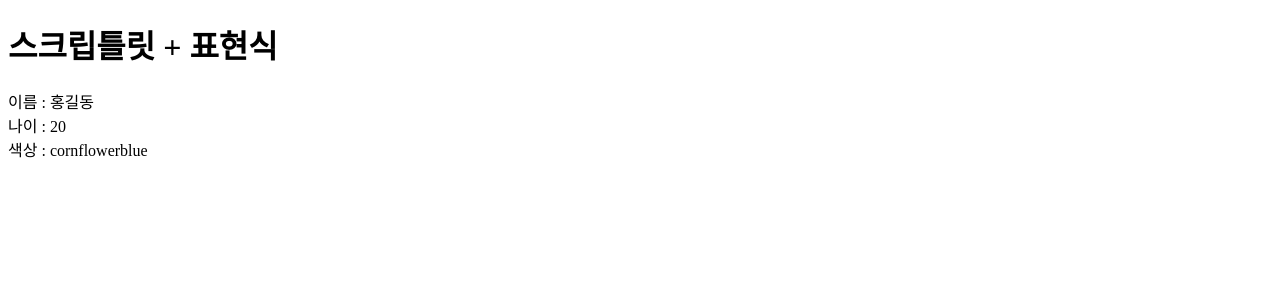
Repository: camicomi/Study_Server
Page: http://localhost/JSPTest/ex06_script.jsp
The author's editor kept a copy of each file at every save. The page is drawn from the files as they stood at one save, then again after the next save.
The browser window is 1280 px wide. The pictures show the whole page.
The page is served by Tomcat 9.

Above is the page before, as saved 2024-04-01 06:45:24.

### JSPTest/src/main/webapp/ex06_script.jsp
<%@ page language="java" contentType="text/html; charset=UTF-8"
    pageEncoding="UTF-8"%>
    	<%

		// jsp 는 출력과 관련되어 있지 않으면 십중팔구 위에 적음
		// Connection conn;
		// PreparedStatement stat
		// ResultSet rs;
	 	// rs.getString("name")

	 	String name = "홍길동";
	 	int age = 20;
	 	String color = "cornflowerblue";

	%>

<!DOCTYPE html>
<html>
<head>
<meta charset="UTF-8">
<title>Insert title here</title>
</head>
<body>
	<!--  ex06_script.jsp -->
	<%-- jsp 주석 --%>
	<%-- <% int a = 10; %>  --%>


	<h1>스크립틀릿 + 표현식</h1>

	<div> 이름 : <%= name %></div>
	<div> 나이 : <%= age %></div>
	<div> 색상 : <%= color %></div>

</body>
</html>

After the next save:
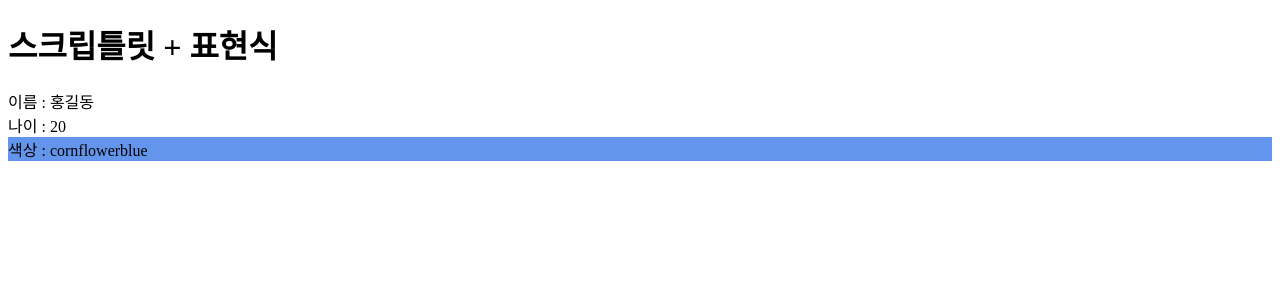
Saved 49 s later.
--- a/JSPTest/src/main/webapp/ex06_script.jsp
+++ b/JSPTest/src/main/webapp/ex06_script.jsp
@@ -30,7 +30,7 @@
 
 	<div> 이름 : <%= name %></div>
 	<div> 나이 : <%= age %></div>
-	<div> 색상 : <%= color %></div>
+	<div style="background-color: <%= color %>"> 색상 : <%= color %></div>
 
 </body>
 </html>
